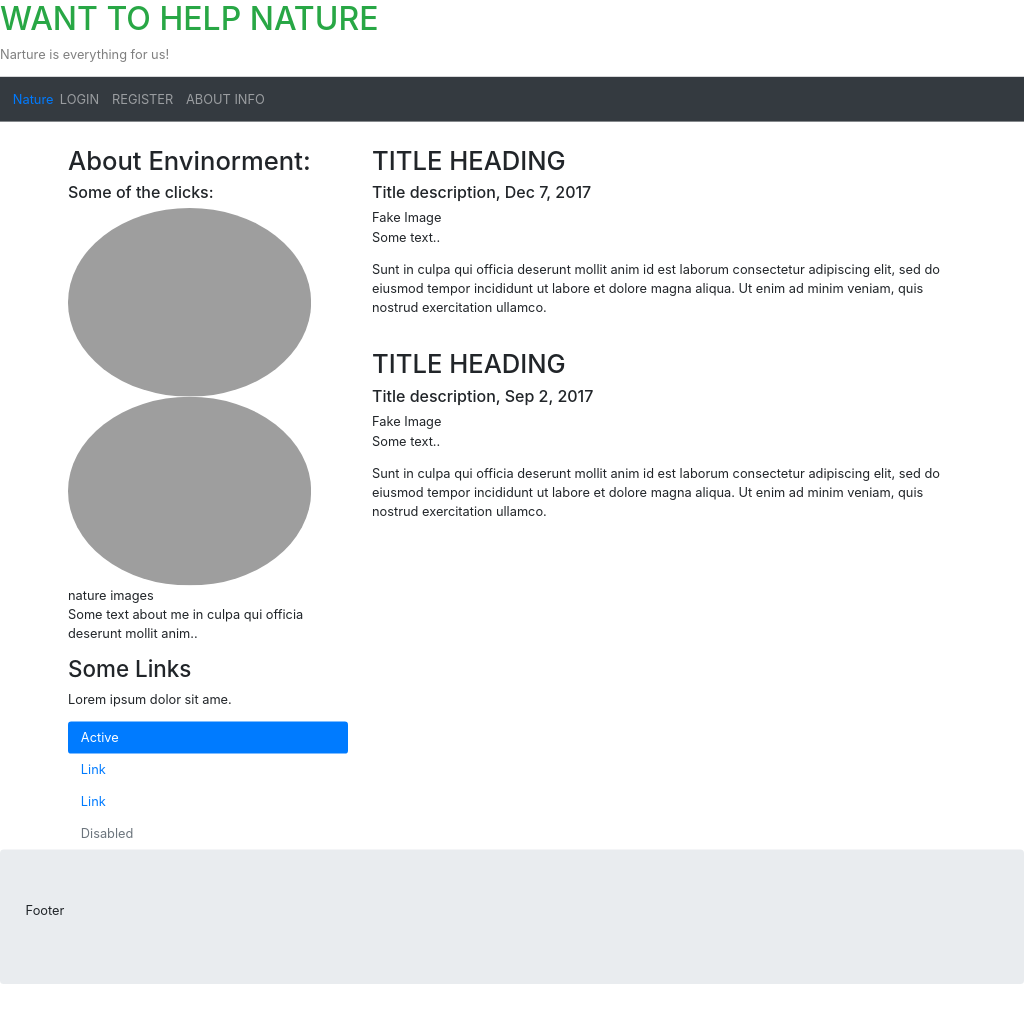
Repository: Apoorvasuswaram/cts
Page: appu/WebContent/main.html
These files come from the project's save history. The page is drawn as it stood at one moment and after the next save; the edit follows.
The browser window is 1280 px wide. The pictures show the whole page, at 80% of full size.
Pictures or frames that could not be fetched are drawn as grey boxes.

Above is the page before, as saved 2020-01-18 11:58:59.

### appu/WebContent/main.html
<!DOCTYPE html>
<html lang="en">
<head>
  <title>WANT TO HELP NATURE</title>
  <meta charset="utf-8">
  <meta name="viewport" content="width=device-width, initial-scale=1">
  <link rel="stylesheet" href="https://maxcdn.bootstrapcdn.com/bootstrap/4.4.1/css/bootstrap.min.css">
  <script src="https://ajax.googleapis.com/ajax/libs/jquery/3.4.1/jquery.min.js"></script>
  <script src="https://cdnjs.cloudflare.com/ajax/libs/popper.js/1.16.0/umd/popper.min.js"></script>
  <script src="https://maxcdn.bootstrapcdn.com/bootstrap/4.4.1/js/bootstrap.min.js"></script>
  <style>
  .fakeimg{
  .rounded_circle {
  <img src="beautiful.jpg" class="rounded-circle" alt="Nature" width="304" height="236">
    height: 200px;
    background: #aaa;
  }
  }
  </style>
</head>
<body>

<div class="text-black-50" class="jumbotron text-center text-danger" style="margin-bottom:10" >
  <h1 class="text-success">WANT TO HELP NATURE</h1>
  <p>Narture is everything for us!</p>
</div>

<nav class="navbar navbar-expand-sm bg-dark navbar-dark">
  <a class="nature" href="https://www.nature.com/">Nature</a>
  <button class="navbar-toggler" type="button" data-toggle="collapse" data-target="#collapsibleNavbar">
    <span class="navbar-toggler-icon"></span>
  </button>
  <div class="collapse navbar-collapse" id="collapsibleNavbar">
    <ul class="navbar-nav">
      <li class="nav-item">
        <a class="nav-link" href="a.html">LOGIN</a>
      </li>
      <li class="nav-item">
        <a class="nav-link" href="b.html">REGISTER</a>
      </li>
      <li class="nav-item">
        <a class="nav-link" href="c.html">ABOUT INFO</a>
      </li>
    </ul>
  </div>
</nav>

<div class="container" style="margin-top:30px">
  <div class="row" >
    <div class="col-sm-4">
      <h2>About Envinorment:</h2>
      <h5>Some of the clicks:</h5>
      <img src="https://encrypted-tbn0.gstatic.com/images?q=tbn:ANd9GcT7phRPxEJ5AdGMS80Z9TYliyJsaAeqdgo7zPae0Abqflge0t0g&s" class="rounded-circle" alt="Nature" width="304" height="236">
      <img src="https://www.theglobeandmail.com/resizer/CiTkf2JIqrKG3C4P3y0PLbf0lqk=/620x0/filters:quality(80)/arc-anglerfish-tgam-prod-tgam.s3.amazonaws.com/public/MFAAGTRQQ5EQNIJ2WEA6DMYO6Q.jpg" class="rounded-circle" alt="Nature1" width="304" height="236">
      <div class="fakeimg">nature images</div>
      <p>Some text about me in culpa qui officia deserunt mollit anim..</p>
      <h3>Some Links</h3>
      <p>Lorem ipsum dolor sit ame.</p>
      <ul class="nav nav-pills flex-column">
        <li class="nav-item">
          <a class="nav-link active" href="#">Active</a>
        </li>
        <li class="nav-item">
          <a class="nav-link" href="#">Link</a>
        </li>
        <li class="nav-item">
          <a class="nav-link" href="#">Link</a>
        </li>
        <li class="nav-item">
          <a class="nav-link disabled" href="#">Disabled</a>
        </li>
      </ul>
      <hr class="d-sm-none">
    </div>
    <div class="col-sm-8">
      <h2>TITLE HEADING</h2>
      <h5>Title description, Dec 7, 2017</h5>
      <div class="fakeimg">Fake Image</div>
      <p>Some text..</p>
      <p>Sunt in culpa qui officia deserunt mollit anim id est laborum consectetur adipiscing elit, sed do eiusmod tempor incididunt ut labore et dolore magna aliqua. Ut enim ad minim veniam, quis nostrud exercitation ullamco.</p>
      <br>
      <h2>TITLE HEADING</h2>
      <h5>Title description, Sep 2, 2017</h5>
      <div class="fakeimg">Fake Image</div>
      <p>Some text..</p>
      <p>Sunt in culpa qui officia deserunt mollit anim id est laborum consectetur adipiscing elit, sed do eiusmod tempor incididunt ut labore et dolore magna aliqua. Ut enim ad minim veniam, quis nostrud exercitation ullamco.</p>
    </div>
  </div>
</div>

<div class="jumbotron" style="margin-top:10">
  <p>Footer</p>
</div>

</body>
</html>

After the next save:
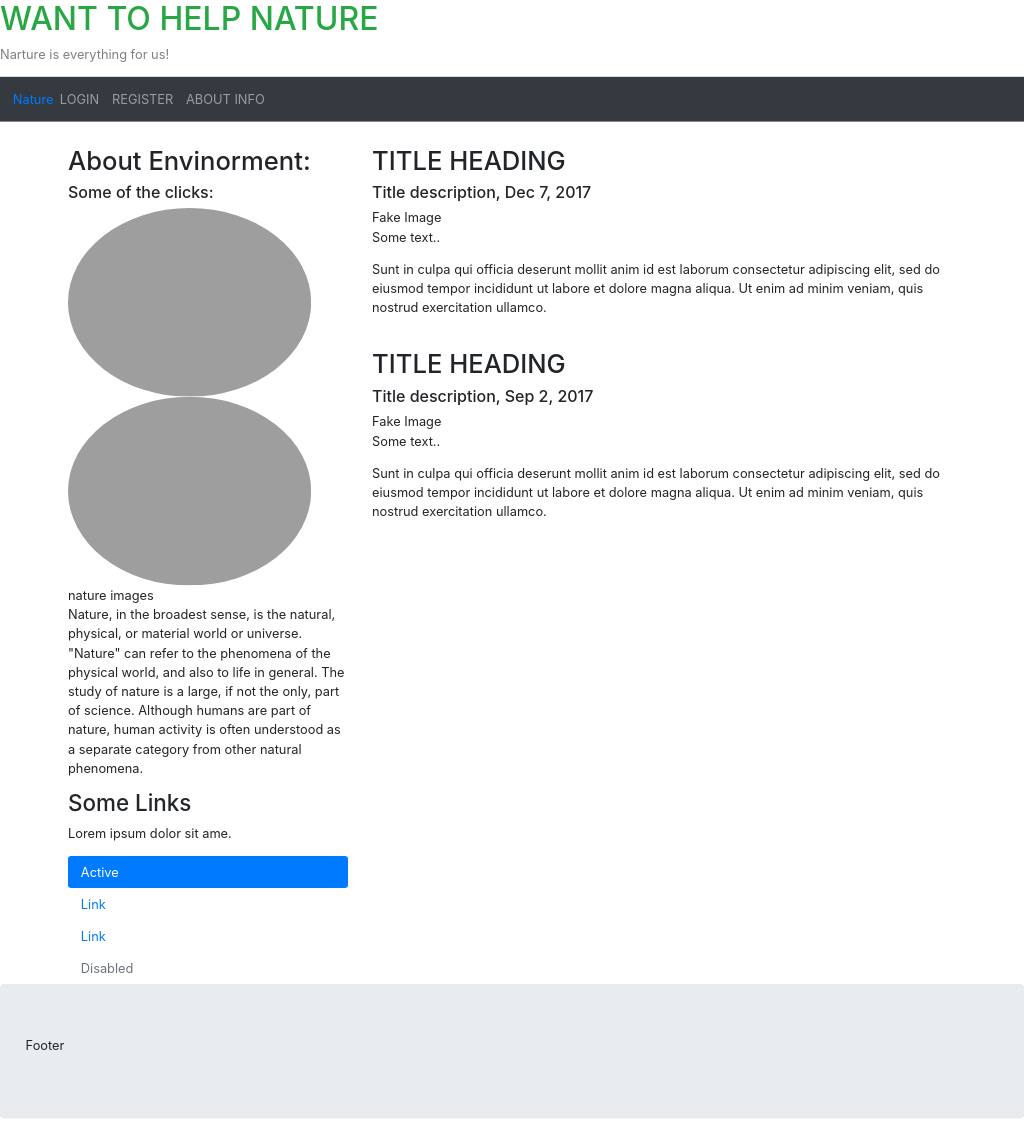
Saved 47 s later.
--- a/appu/WebContent/main.html
+++ b/appu/WebContent/main.html
@@ -53,7 +53,7 @@
       <img src="https://encrypted-tbn0.gstatic.com/images?q=tbn:ANd9GcT7phRPxEJ5AdGMS80Z9TYliyJsaAeqdgo7zPae0Abqflge0t0g&s" class="rounded-circle" alt="Nature" width="304" height="236">
       <img src="https://www.theglobeandmail.com/resizer/CiTkf2JIqrKG3C4P3y0PLbf0lqk=/620x0/filters:quality(80)/arc-anglerfish-tgam-prod-tgam.s3.amazonaws.com/public/MFAAGTRQQ5EQNIJ2WEA6DMYO6Q.jpg" class="rounded-circle" alt="Nature1" width="304" height="236">
       <div class="fakeimg">nature images</div>
-      <p>Some text about me in culpa qui officia deserunt mollit anim..</p>
+      <p>Nature, in the broadest sense, is the natural, physical, or material world or universe. "Nature" can refer to the phenomena of the physical world, and also to life in general. The study of nature is a large, if not the only, part of science. Although humans are part of nature, human activity is often understood as a separate category from other natural phenomena.</p>
       <h3>Some Links</h3>
       <p>Lorem ipsum dolor sit ame.</p>
       <ul class="nav nav-pills flex-column">
